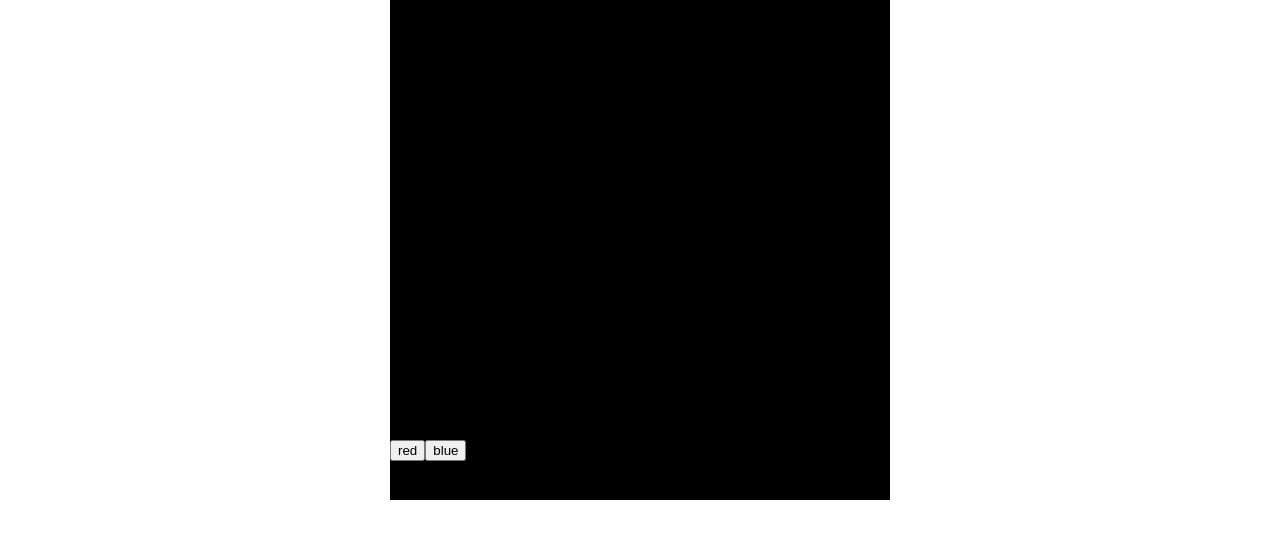
Repository: iliailia12/Individual-lessons
Page: Day 99/Classwork/index.html
The author's editor kept a copy of each file at every save. The page is drawn from the files as they stood at one save, then again after a run of saves.
The browser window is 1280 px wide. The pictures show the whole page.

Above is the page before, as saved 2026-06-06 04:26:13.

### Day 99/Classwork/index.html
<!--1) შექმენი 1 div ბლოკი, შემდგომ 2 ღილაკი, ისე უნდა გააკეთო, რომ პირველ ღლაკზე დაჭირისას დივის background color - ი გახდეს წითელი, მეორე ღილაკზე დაჭერისას დაბრუნდეს მის საწყის ფერზე (დივს წინასწარ გაუწერე რაიმე სტილები) -->


<!DOCTYPE html>
<html lang="en">
<head>
    <meta charset="UTF-8">
    <meta name="viewport" content="width=device-width, initial-scale=1.0">
    <link rel="stylesheet" href="style.css">
    <title>Document</title>
</head>
<body>
    <div class="colorCangerDiv" id="colorCangerDiv">
        <button id="red">red</button>
        <button id="blue">blue</button>
    </div>
</body>
</html>

### Day 99/Classwork/style.css
/* 1) შექმენი 1 div ბლოკი, შემდგომ 2 ღილაკი, ისე უნდა გააკეთო, რომ პირველ ღლაკზე დაჭირისას დივის background color - ი გახდეს წითელი, მეორე ღილაკზე დაჭერისას დაბრუნდეს მის საწყის ფერზე (დივს წინასწარ გაუწერე რაიმე სტილები)
 */

body{
    margin: 0;
    padding: 0;
}
.colorCangerDiv{
    width: 500px;
    height: 500px;
    background-color: black;
    color: white;
    display: flex;
    /* flex-direction: column; */
    /* justify-content: center; */
    align-items: center;
    margin: 0 auto;
}

button{
    margin-top: 400px;
    display: flex;
    gap: 35px;
    width: ;
}

After the next 2 saves:
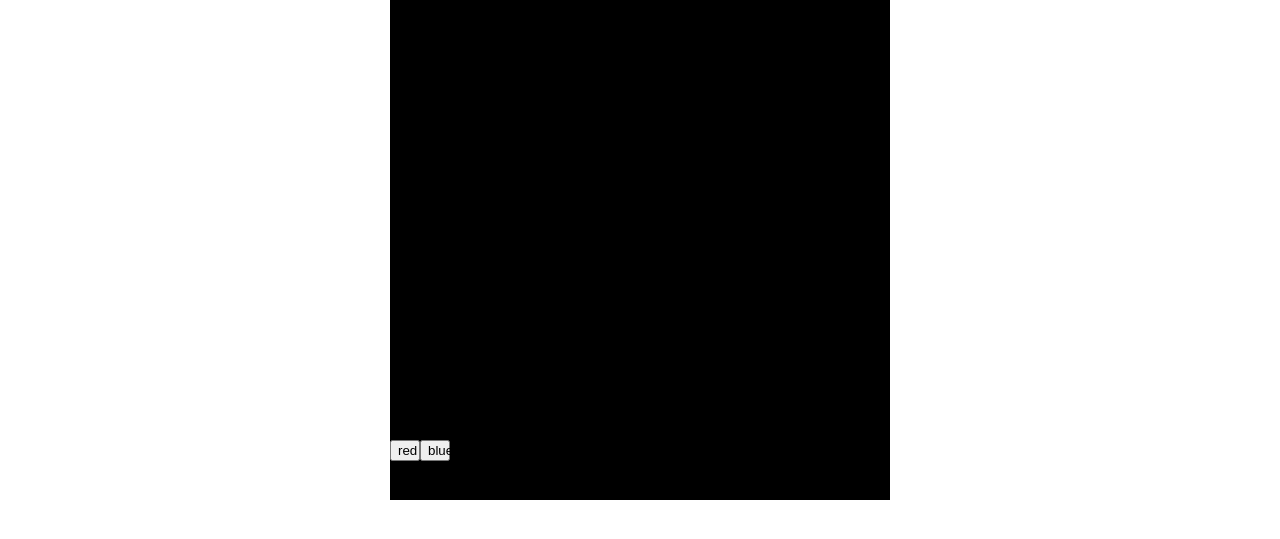
The 2 saves are shown as one change because they came seconds apart.
The last was saved 19 s later.
--- a/Day 99/Classwork/style.css
+++ b/Day 99/Classwork/style.css
@@ -21,5 +21,5 @@
     margin-top: 400px;
     display: flex;
     gap: 35px;
-    width: ;
+    width: 30px;
 }
